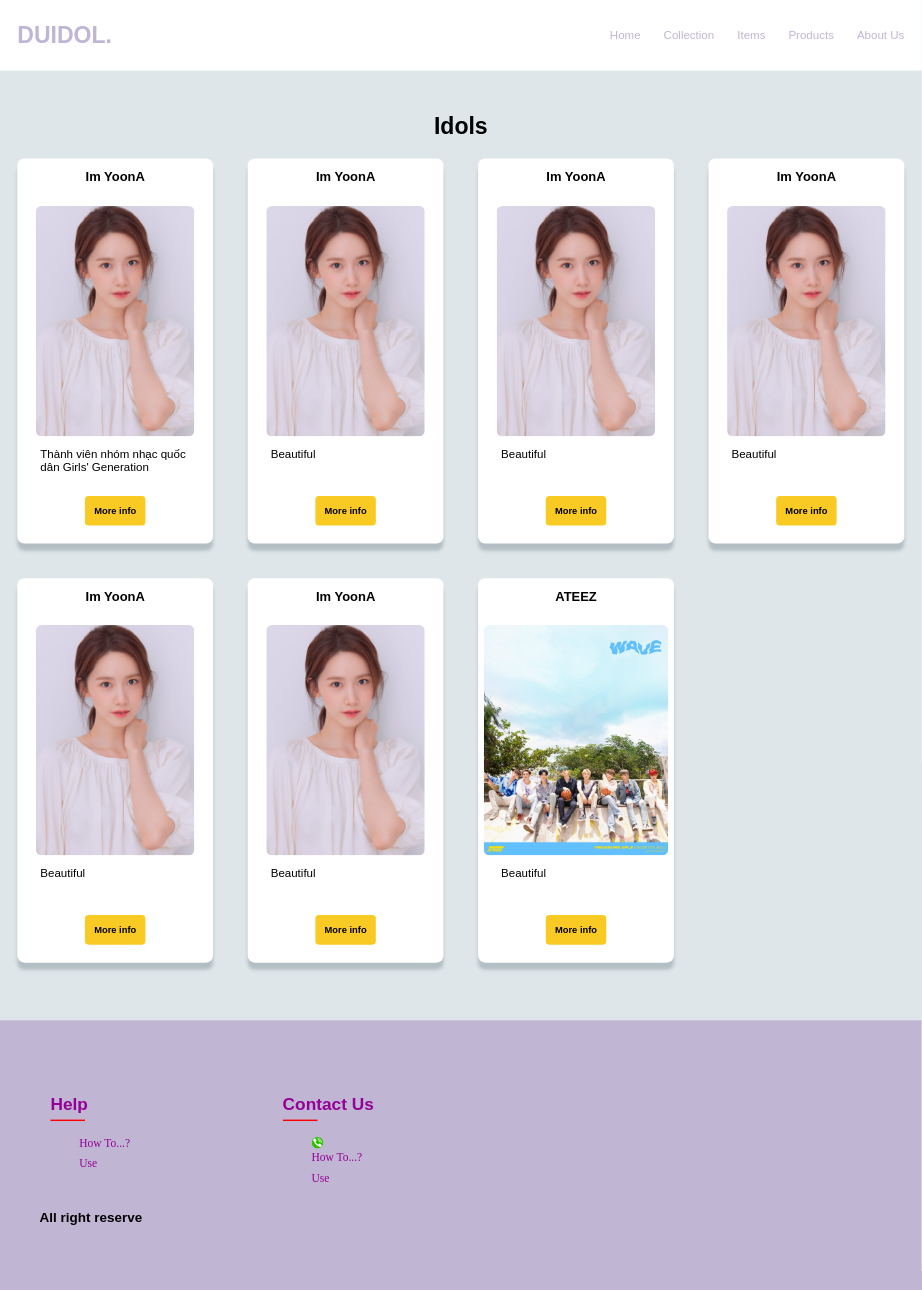
Repository: hangvtt183524/Cong_nghe_Web_va_dich_vu_truc_tuyen_20202
Page: ProjectWeb/src/View/html/idol_list.html
The author's editor kept a copy of each file at every save. The page is drawn from the files as they stood at one save, then again after the next save.
The browser window is 1280 px wide. The pictures show the whole page, at 72% of full size.

Above is the page before, as saved 2021-05-06 15:03:25.

After the next save:
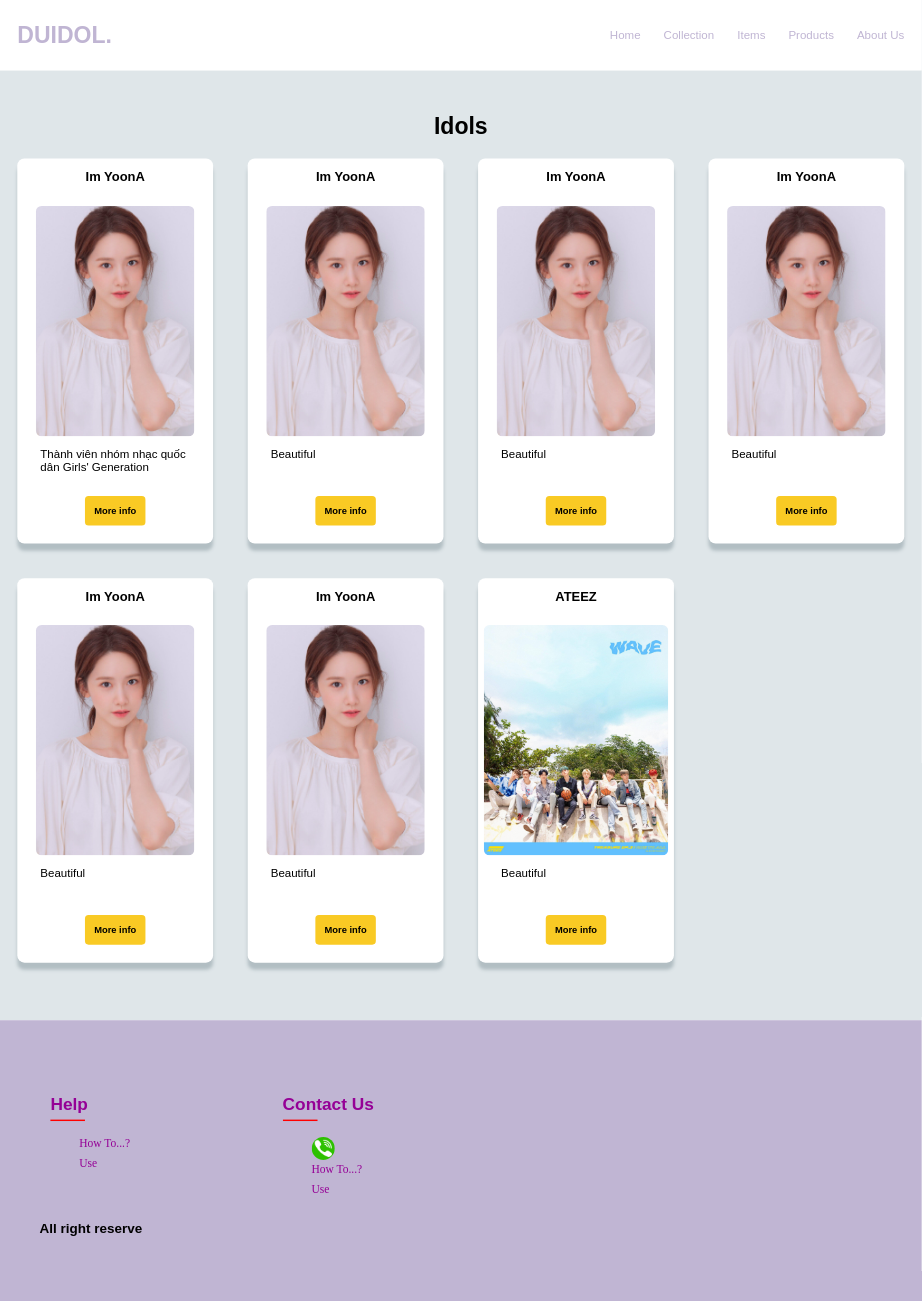
Saved 7 s later.
--- a/ProjectWeb/src/View/css/idol_list.css
+++ b/ProjectWeb/src/View/css/idol_list.css
@@ -148,7 +148,7 @@
 
 .footer-col img {
 	border-radius: 2em;
-	max-height: 1em;
+	max-height: 2em;
 }
 
 ul {
